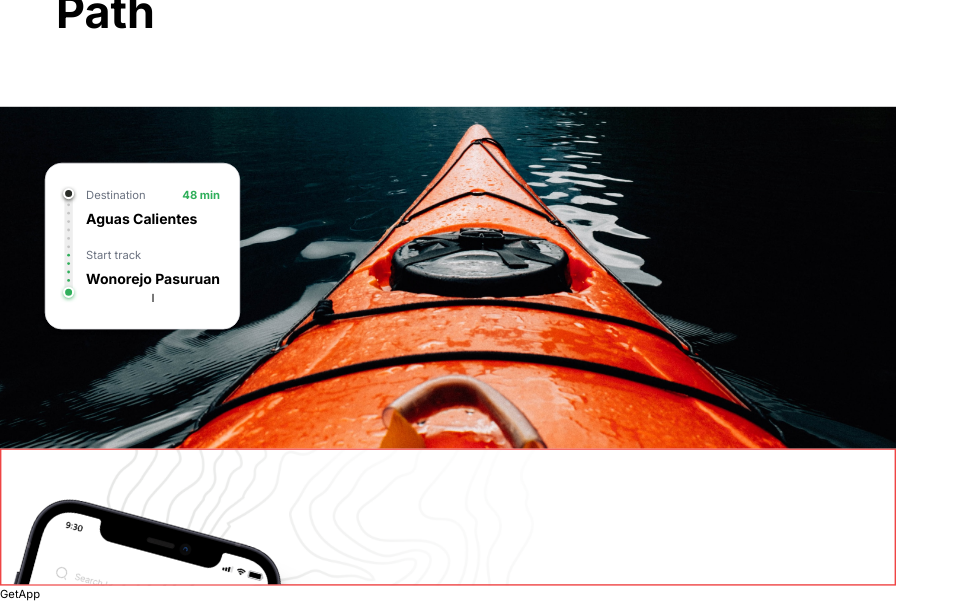
Repository: abdulrahmanmahmood/Travel-App
Page: /
An editor plug-in stored every save of this project. The page is shown before and after the next save, followed by the edit.
The browser window is 1280 px wide. The page is 1392 px wide, so the pictures cover 1392 px, including what lies to the right of the window. The pictures show the part of the page from y = 2032 to 3792 px (the page is 2892 px tall before and 3792 px after), at 70% of full size.
The project was rebuilt for these pictures with package versions that can differ from the ones it lists, and the page was loaded fresh each time. The framework's server and built-in components were replaced by stand-ins that run in the browser. Also part of the build but not shown: next.config.js.

Above is the page before, as saved 2023-11-08 11:34:27.

### app/layout.tsx
import './globals.css'
import type { Metadata } from 'next';
import './globals.css'
import Navbar from '@/components/Navbar';


export const metadata: Metadata = {
  title: 'Travel',
  description: 'Travel UI/UX App for camping',
}

export default function RootLayout({
  children,
}: {
  children: React.ReactNode
}) {
  return (
    <html lang="en">
      <body >
        <Navbar/>
        {children}
      </body>
    </html>
  )
}

### app/page.tsx
import Features from "@/components/Features"
import GetApp from "@/components/GetApp"
import Guide from "@/components/Guide"
import Hero from "@/components/Hero"
import Camp from "@/components/camp"

export default function Home() {
  return (
    <>
    <Hero/>
    <Camp/>
    <Guide/>
    <Features/>
    <GetApp/>
 </>
  )
}

### components/Navbar.tsx
import { NAV_LINKS } from "@/constants";
import Image from "next/image";
import Link from "next/link";
import Button from "./Button";

const Navbar = () => {
  return (
    <nav
      className=" flexBetween max-container padding-container relative z-30
    py-5"
    >
      <Link href="/">
        <Image src="/hilink-logo.svg" alt="logo" width={74} height={28} />
      </Link>
      <ul className="hidden h-full gap-12 lg:flex">
        {NAV_LINKS.map((link) => (
          <Link
            href={link.href}
            key={link.key}
            className="regular-16 text-gray-50 flexCenter cursor-pointer pb-1.5 transition-all hover:font-bold"
          >
            {link.label}
          </Link>
        ))}
      </ul>
      <div className="lg:flexCenter  hidden ">
        <Button
          type="button"
          title="Login"
          icon="/user.svg"
          variant="btn_dark_green"
        />
      </div>
      <Image
        src="/menu.svg"
        alt="menu"
        width={32}
        height={32}
        className="inline-block cursor-pointer lg:hidden"
      />
    </nav>
  );
};

export default Navbar;

### components/Features.tsx
import Image from "next/image"


function Features() {
  return (
    <section className="border-2 border-red-500 flex-col  flexCenter overflow-hidden bg-feature-bg bg-center bg-no-repeat py-24">
      <div className="max-container padding-container relative w-full justify-end">
        <div className="flex flex-1 lg:min-h-[">
          <Image src='/phone.png' alt="phone" height={1000} width={440} className="feature-phone"/>
        </div>
      </div>

    </section>
  )
}

export default Features

### components/GetApp.tsx


function GetApp() {
  return (
    <div>GetApp</div>
  )
}

export default GetApp

### components/Guide.tsx
import Image from "next/image";

function Guide() {
  return (
    <section className="flexCenter flex-col">
      <div className=" padding-container max-container w-full pb-24  ">
        <Image src="/camp.svg" alt="camp" width={50} height={50} />
        <p className="uppercase text-xl bold text-green-500 -mt-1 mb-3 ">
          WE ARE here FOR YOU
        </p>
        <div className="flex flex-wrap justify-between gap-5 lg:gap-10">
          <h2 className="capitalize  bold-40 lg:bold-64 xl:max-w-[390px]">
            Guide You to Easy Path
          </h2>
          <p className=" regular-16 text-gray-30 xl:max-w-[520px]">
            Only with the hilink application you will no longer get lost and get
            lost again, because we already support offline maps when there is no
            internet connection in the field. Invite your friends, relatives and
            friends to have fun in the wilderness through the valley and reach
            the top of the mountain
          </p>
        </div>
      </div>
      <div className=" flexCenter max-container relative w-full ">
        <Image
          src="/boat.png"
          alt="image"
          width={1440}
          height={580}
          className="w-full object-cover object-center 2xl:rounded-5"
        />
        <div className="absolute flex bg-white py-8 pl-5 pr-7 gap-3 rounded-3xl border shadow-md md:left-[5%] lg:top-20">
          <Image src='/meter.svg' alt="meter" width={15} height={158} className="h-full w-auto"/>
          <div className="flexBetween flex-col ">
            <div className="flex w-full flex-col">
              <div className="flexBetween w-full ">
                <p className="regular-16 text-gray-500">Destination</p>
                <p className="bold-16 text-green-50">48 min</p>
              </div>
              <p className="bold-20 mt-2 mb-2 ">Aguas Calientes</p>
            </div>
            <div className="flex w-full flex-col">
              <p className="regular-16 text-gray-500 mt-4">Start track</p>
              <h4 className="bold-20 mt-2 whitespace-nowrap">Wonorejo Pasuruan</h4>
            </div>
          I</div>
        </div>
      </div>
    </section>
  );
}

export default Guide;

### components/Hero.tsx
import Image from "next/image";
import Button from "./Button";

function Hero() {
  return (
    <section
      className="max-container padding-container flex flex-col gap-20
    py-10 pb-32 md:gap-27 lg:py-20  xl:flex-row"
    >
      <div className="hero-map" />
      {/* LEFT */}
      <div className="relative z-20 flex flex-1 flex-col xl:w-1/2">
        <Image
          src="/camp.svg"
          alt="camp"
          width={50}
          height={50}
          className="absolute left-[-5px] top-[-30px] w-10 lg:w-[50px]"
        />
        <h1 className="bold-52 lg:bold-88">Putuk Truno Camp Area</h1>
        <p className="regular-16 mt-6 text-gray-30 xl:max-w-[520px]">
          We want to be on each of your journeys seeking the satisfaction of
          seeing the incorruptible beauty of nature. We can help you on an
          adventure around the world in just one app
        </p>
        <div className="my-11 flex flex-wrap gap-5">
          <div className="flex items-center gap-2">
            {Array(5)
              .fill(1)
              .map((_, index) => (
                <Image
                  key={index}
                  src="/star.svg"
                  alt="star"
                  width={24}
                  height={24}
                />
              ))}
          </div>
          <p className="bold-16 lg:bold-20 text-blue-70">
            198k
            <span className="regular-16 lg:regular-20 ml-1 ">
              Excellent Reviews
            </span>
          </p>
        </div>
        <div className="flex flex-col w-full gap-3 sm:flex-row">
          <Button
            type={"button"}
            title={"Download App"}
            variant={"btn_green"}
          />
          <Button
            type={"button"}
            title={"How we work?"}
            variant={"btn_white_text"}
            icon="/play.svg"
          />
        </div>
      </div>
      <div className="relative flex flex-1 items-start ">
        <div className="relative z-20 w-[268px] flex-col gap-8 rounded-3xl bg-green-90 px-7 py-8">


          <div className="fle flex-col">

            <div className="flexBetween">
              <p className="regular-16 text-gray-20">Location</p>
              <Image src="/close.svg" alt="close" width={24} height={24} />
            </div>
            <p className="bold-20 text-white">Aguas Calientes</p>


          </div>


          <div className="flexBetween  pt-4">
            <div className="flex flex-col">
              <p className="regular-16 block text-gray-20">Distance</p>
              <p className="bold-20 text-white">173.28 mi</p>
            </div>
            <div className="flex flex-col">
              <p className="regular-16 block text-gray-20">Elevation</p>
              <p className="bold-20 text-white">2.040 km</p>
            </div>
          </div>
        </div>
      </div>
    </section>
  );
}

export default Hero;

### components/camp.tsx
import { PEOPLE_URL } from "@/constants";
import Image from "next/image";
import { type } from "os";

interface CampProps {
  backgroundImage: string;
  title: string;
  subtitle: string;
  peoplejoined: string;
}

const CampSite = ({
  backgroundImage,
  title,
  subtitle,
  peoplejoined,
}: CampProps) => {
  return (
    <div
      className={`h-full w-full min-w-[1100px] ${backgroundImage} bg-cover bg-no-repeat lg:rounded-r-5xl 2xl:rounded-5xl `}
    >
      <div className="flex h-full flex-col items-start justify-between p-6 lg:px-20 lg:py-10 ">
        <div className=" flexCenter gap-4">
          <div className="rounded-full bg-green-50 p-4">
            <Image src="/folded-map.svg" alt="folded" height={28} width={28} />
          </div>
          <div className="flex flex-col gap-1">
            <h4 className="bold-18 text-white">{title}</h4>
            <p className="regular-14 text-white">{subtitle}</p>
          </div>
        </div>
        <div className="flexCenter gap-6 ">
          <span className="flex -space-x-4 overflow-hidden">
            {PEOPLE_URL.map((url, index) => (
              <Image
                src={url}
                key={index}
                height={53}
                width={53}
                alt="alt"
                className="inline-block h-10 w-10 r-4"
              />
            ))}
          </span>
          <p className="bold-16 md:bold-20 text-white">{peoplejoined}</p>
        </div>
      </div>
    </div>
  );
};

function camp() {
  return (
    <section className=" 2xl:max-container relative flex flex-col py-10 lg-mb-10 lg:py-20 xl:mb-20">
      <div className="hide-scrollbar flex h-[340px] w-full items-start justify-start gap-8 overflow-x-auto lg:h[400px] xl:h-[640px]">
        <CampSite
          backgroundImage="bg-bg-img-1"
          title="Putuk Truno Camp"
          subtitle="Prigen, Pasuruan"
          peoplejoined="50+ Joined"
        />
        <CampSite
          backgroundImage="bg-bg-img-2"
          title="Mountain View Camp"
          subtitle="Somewhere in the Wilderness"
          peoplejoined="50+ Joined"
        />
      </div>

      <div className=" flexEnd  mt-10 px-6 lg:-mt-60 lg:mr-6 ">
        <div
          className="bg-green-50 p-8 lg:max-w-[500px] xl:max-[734px]
        xl:rounded-5xl xl:px-16 px:py-20 relative w-full overflow-hidden rounded-3xl "
        >
          <h2 className="regular-24 md:regular-32 2xl:regular-64 text-white capitalize">
            <strong>Feeling Lost</strong> And Not Knowing The Way?
          </h2>
          <p className="regular-14 xl:regular-16 mt-5 text-white">
            Starting from the anxiety of the climbers when visiting a new
            climbing location, the possibility of getting lost is very large.
            That's why we are here for those of you who want to start an
            adventure
          </p>
          <Image src='/quote.svg'
          alt="camp-2"
          width={186}
          height={219}
          className="camp-quote"
          />
        </div>
      </div>
    </section>
  );
}

export default camp;

### constants/index.ts
export const NAV_LINKS = [
  {href:"/", key:"home", label:"home"},
  { href: '/', key: 'how_hilink_work', label: 'How Hilink Work?' },
  { href: '/', key: 'services', label: 'Services' },
  { href: '/', key: 'pricing ', label: 'Pricing ' },
  { href: '/', key: 'contact_us', label: 'Contact Us' },
]

export const PEOPLE_URL = [
  '/person-1.png',
  '/person-2.png',
  '/acpc-modified (1).png',
  '/person-4.png',
];

### components/Button.tsx
import Image from "next/image";

type ButtonProps = {
  type: "button" | "submit";
  title: string;
  icon?: string;
  variant: string;
};

function Button({ type, title, icon, variant }: ButtonProps) {
  return (
    <button
      type={type}
      className={`flexCenter gap-3 rounded-full border ${variant}`}
    >
      {icon && <Image src={icon} alt={title} width={24} height={24} />}
      <label className="bold-16 whitespace-nowrap">{title}</label>
    </button>
  );
}

export default Button;

Loaded but not shown: app/globals.css (common file); tailwind.config.ts (common file)

After the next save:
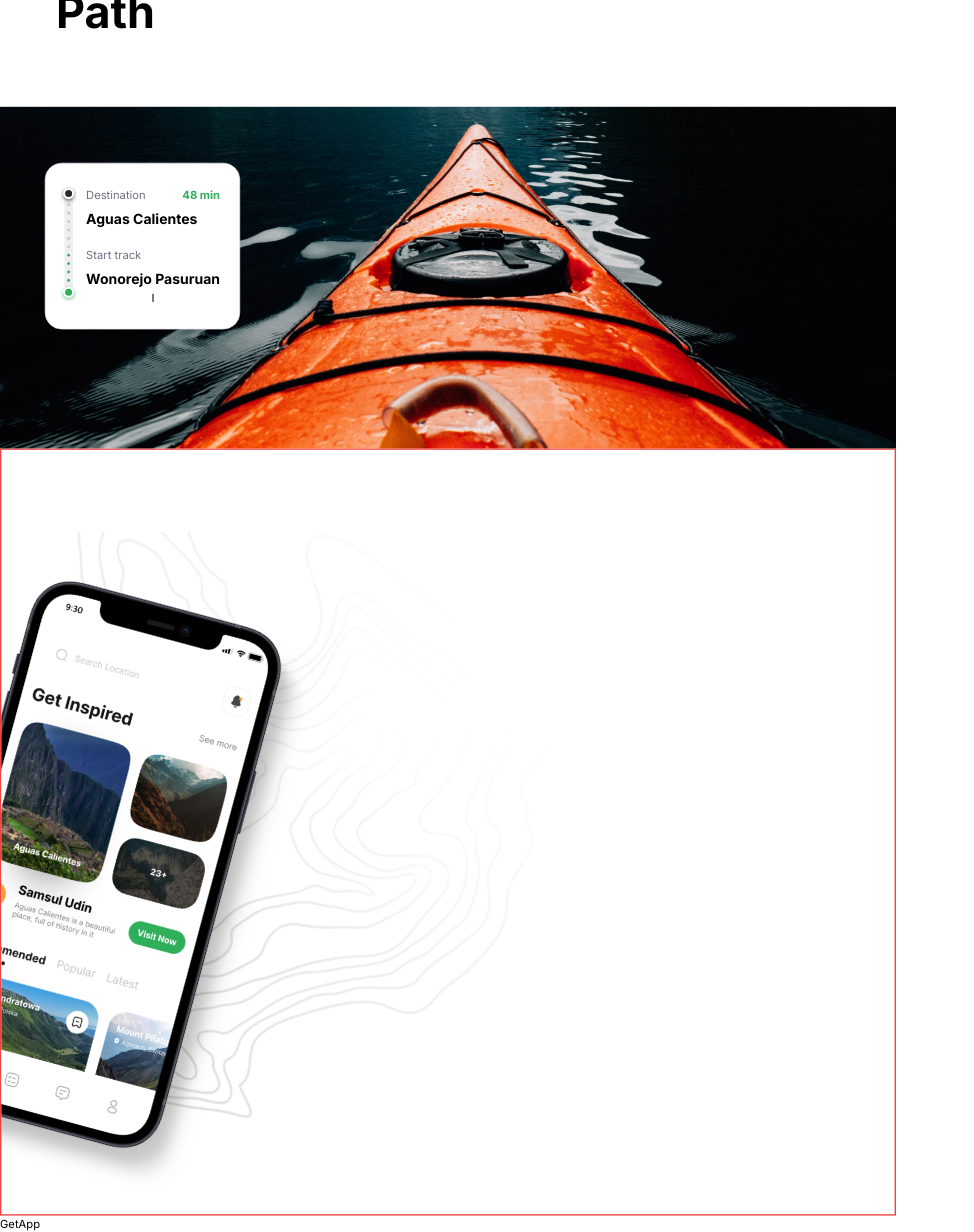
Saved 6 s later.
--- a/components/Features.tsx
+++ b/components/Features.tsx
@@ -5,7 +5,7 @@ function Features() {
   return (
     <section className="border-2 border-red-500 flex-col  flexCenter overflow-hidden bg-feature-bg bg-center bg-no-repeat py-24">
       <div className="max-container padding-container relative w-full justify-end">
-        <div className="flex flex-1 lg:min-h-[">
+        <div className="flex flex-1 lg:min-h-[900px]">
           <Image src='/phone.png' alt="phone" height={1000} width={440} className="feature-phone"/>
         </div>
       </div>
